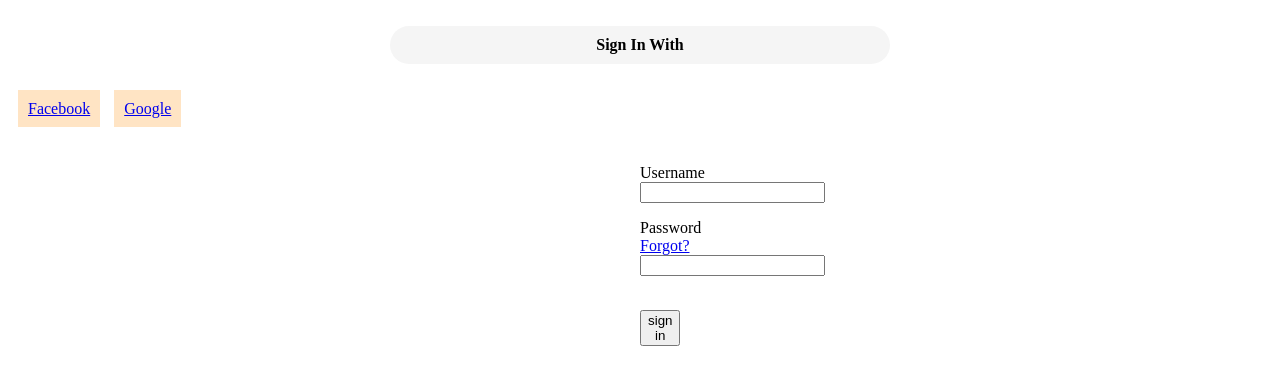
Repository: Tobby004/bdc-assignment-2
Page: index.html
The author's editor kept a copy of each file at every save. The page is drawn from the files as they stood at one save, then again after the next save.
The browser window is 1280 px wide. The pictures show the whole page.

Above is the page before, as saved 2023-02-11 06:45:27.

After the next save:
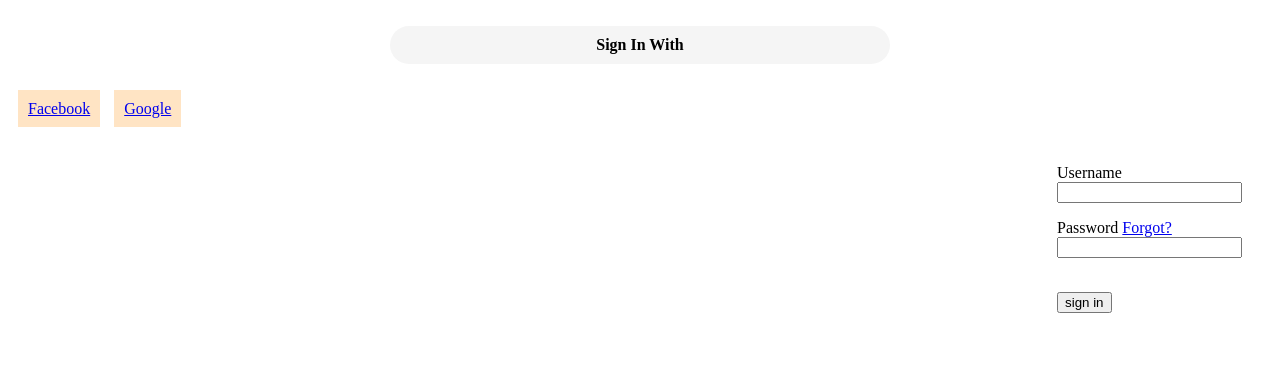
Saved 70 s later.
--- a/task.css
+++ b/task.css
@@ -21,7 +21,8 @@ header a {
 .form-input{
     display: block;
     max-width: 500px;
-    width: 20px;
+    height: 10px;
+    float: inline-end;
     padding: 30px;
     margin-left: auto;
     margin-right: auto;
